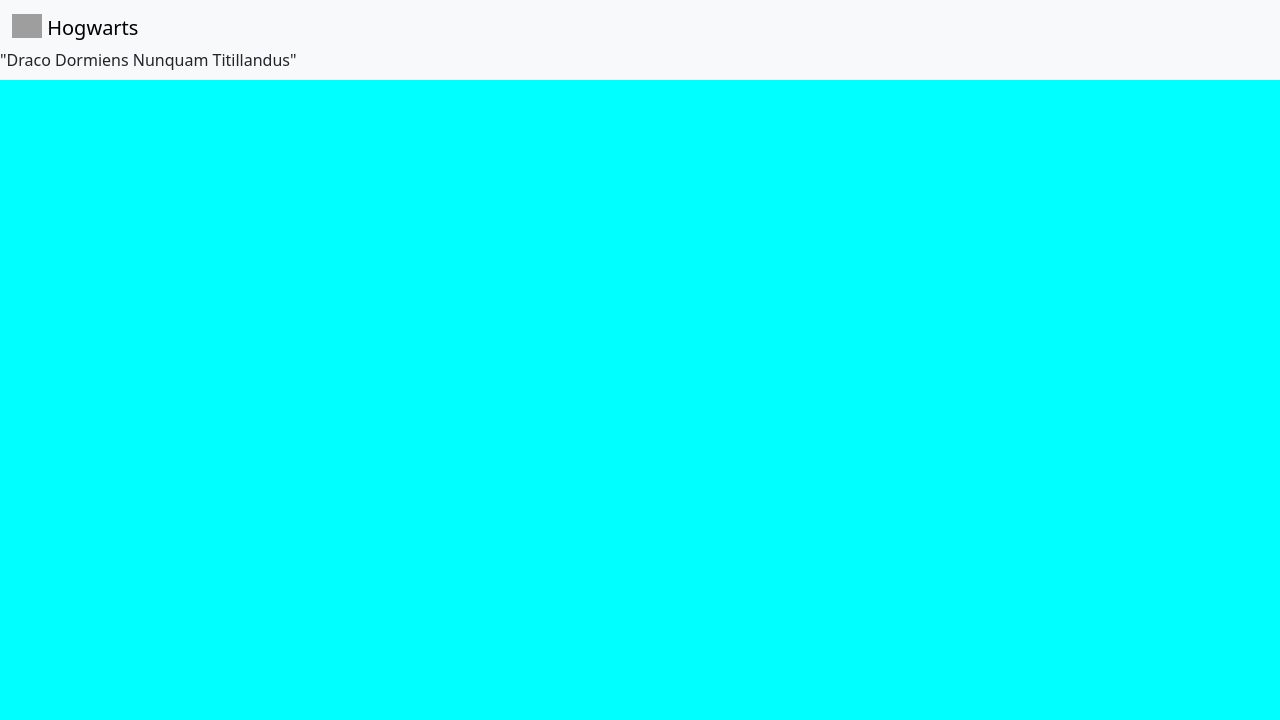
Repository: Drumstrum88/sorting-hat
Page: index.html
The author's editor kept a copy of each file at every save. The page is drawn from the files as they stood at one save, then again after the next save.
The browser window is 1280 px wide. The pictures show the whole page.
Pictures or frames that could not be fetched are drawn as grey boxes.

Above is the page before, as saved 2023-04-29 12:34:28.

### index.html
<!DOCTYPE html>
<html lang="en">
<head>
  <meta charset="UTF-8">
  <meta http-equiv="X-UA-Compatible" content="IE=edge">
  <meta name="viewport" content="width=device-width, initial-scale=1.0">
  <title>Sorting Hat</title>
  <link href="https://cdn.jsdelivr.net/npm/bootstrap@5.3.0-alpha3/dist/css/bootstrap.min.css" rel="stylesheet" integrity="sha384-KK94CHFLLe+nY2dmCWGMq91rCGa5gtU4mk92HdvYe+M/SXH301p5ILy+dN9+nJOZ" crossorigin="anonymous">
  <link rel="stylesheet" href="main.css">
</head>
<header>
<nav class="navbar navbar-light bg-light">
  <div class="container-fluid">
    <a class="navbar-brand" href="#">
      <img src="/docs/5.0/assets/brand/bootstrap-logo.svg" alt="" width="30" height="24" class="d-inline-block align-text-top">
      Hogwarts
    </a>
  </div>
  <div>"Draco Dormiens Nunquam Titillandus"
  </div>
</nav>
</header>

<body>

  <!-- <div class="mb-3">
    <label for="formGroupExampleInput" class="form-label">Example label</label>
    <input type="text" class="form-control" id="formGroupExampleInput" placeholder="Example input placeholder">
    <button type="button" class="btn btn-primary">Sort Student</button>
  </div>

  <div class="buttons" id="houseBtn">
    <button type="button" class="btn btn-primary" id="gryffindor">Gryffindor</button>

    <button type="button" class="btn btn-primary" id="ravenclaw">Ravenclaw</button>

    <button type="button" class="btn btn-primary" id="hufflepuff">Hufflepuff</button>

    <button type="button" class="btn btn-primary" id="slytherin">Slytherin</button>

    <button type="button" class="btn btn-primary" id="pets">Show All</button>

  <div id="firstYears"></div>
  <div id="deathEaters"></div>
  <div class="modal" tabindex="-1">
    <div class="modal-dialog">
      <div class="modal-content">
        <div class="modal-header">
          <h5 class="modal-title"><em><u>Add A Pet</u></em></h5>
          <button type="button" class="btn-close" data-bs-dismiss="modal" aria-label="Close"></button>
      </div>
      <div class="modal-body">
  <form class="form">
    <div class="row mb-3">
      <label for="colFormLabel" class="col-sm-2 col-form-label">Pet Name</label>
      <div class="col-sm-10">
        <input type="text" class="form-control" id="name" placeholder="Pet Name">
      </div>
    </div>
    <div class="row mb-3">
      <label for="colFormLabel" class="col-sm-2 col-form-label">Special Skill</label>
      <div class="col-sm-10">
        <input type="text" class="form-control" id="specialSkill" placeholder="Special Skill">
      </div>
      <div class="modal-footer">
        <button type="button" class="btn btn-secondary" data-bs-dismiss="modal">Close</button>
        <button type="submit" class="btn btn-primary" id="submit">Submit</button>
      </div>
      </div>
      </div>
      </div>

          </form>
  <script src="main.js"></script>
  <script src="https://cdn.jsdelivr.net/npm/bootstrap@5.3.0-alpha3/dist/js/bootstrap.bundle.min.js" integrity="sha384-ENjdO4Dr2bkBIFxQpeoTz1HIcje39Wm4jDKdf19U8gI4ddQ3GYNS7NTKfAdVQSZe" crossorigin="anonymous"></script>
</body>
</html>

### main.js
const students = [
  {
  id: 1,
  name: "Harry Potter",
  house: "",
    },

    {
      id: 2,
      name: "Luna Lovegood",
      house: "",

    },

    {
      id: 3,
      name: "Terry Boot",
      house: "",
    },

    {
      id: 4,
      name: "Dean Thomas",
      house: "",
    }
  ];

  const renderToDom = (divId, htmlToRender) => {
    const selectedDiv = document.querySelector(divId);
    selectedDiv.innerHTML = htmlToRender;
  };

  const cardsOnDom = (array) => {
    domString = "";
    for (const student of array) {
      domString += `<div class="card" style="width: 18rem;">

      <div class="card-body">
        <h5 class="card-title">${student.name}</h5>
        <p>House: ${student.house}</p>

        <button class="btn btn-danger" id="delete--${student.id}">Delete</button>
      </div>
    </div>`;
    }
    renderToDom("#firstYears", domString);
  };

  cardsOnDom(students);

  const filter = (students, houseString) => {
    const houseArray = [];
    for (const student of students) {
      if (student.house === houseString) {
        houseArray.push(student);
      }
    }
    return houseArray
  }

  const form = document.querySelector('.form');

  const addStudent = (e) => {
    e.preventDefault();

    const newStudent = {
      id: students.length + 1,
      name: document.querySelector('#name').value
    }

    students.push(newStudent);
    cardsOnDom(pets);
    form.reset();
  }

  form.addEventListener('submit', addStudent);

  const sortBtn = document.querySelector('#submit')
  const gryBtn = document.querySelector('#gryffindor');
  const hufBtn = document.querySelector('#hufflepuff');
  const ravBtn = document.querySelector('#ravenclaw');
  const slyBtn = document.querySelector('#slytherin');

  grifBtn.addEventListener('click', () => {
    const gryStud = filter(students, 'gryffindor');
    cardsOnDom(gryStud);
  });

  hufBtn.addEventListener('click', () => {
    const hufStud = filter(students, 'hufflepuff');
    cardsOnDom(hufStud);
  });

  ravBtn.addEventListener('click', () => {
    const ravStud = filter(students, "ravenclaw");
    cardsOnDom(ravStud);
  });

  slyBtn.addEventListener('click', () => {
    const slyStud = filter(students, 'slytherin');
  });

Loaded but not shown: main.css (common file)

After the next save:
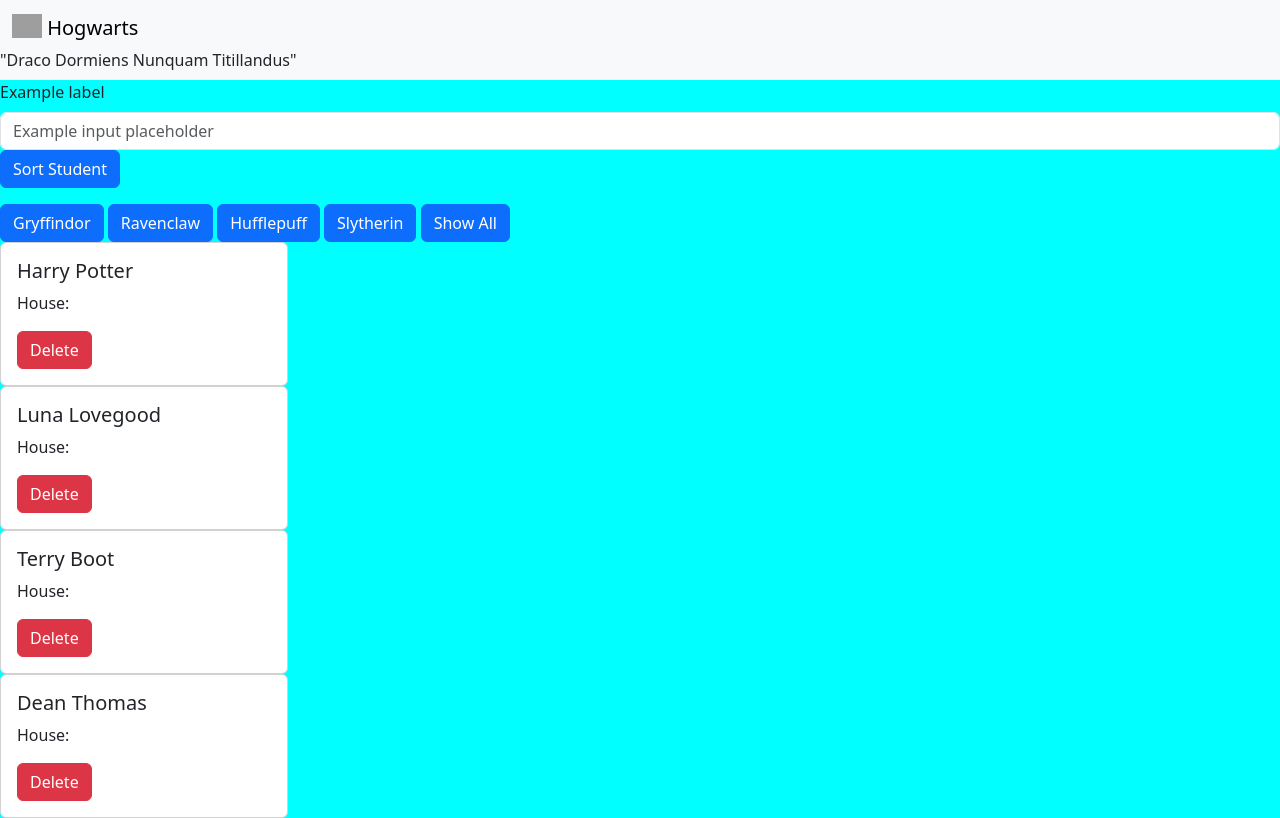
Console error: ReferenceError: grifBtn is not defined
Saved 7 s later.
--- a/index.html
+++ b/index.html
@@ -23,7 +23,7 @@
 
 <body>
 
-  <!-- <div class="mb-3">
+   <div class="mb-3">
     <label for="formGroupExampleInput" class="form-label">Example label</label>
     <input type="text" class="form-control" id="formGroupExampleInput" placeholder="Example input placeholder">
     <button type="button" class="btn btn-primary">Sort Student</button>
